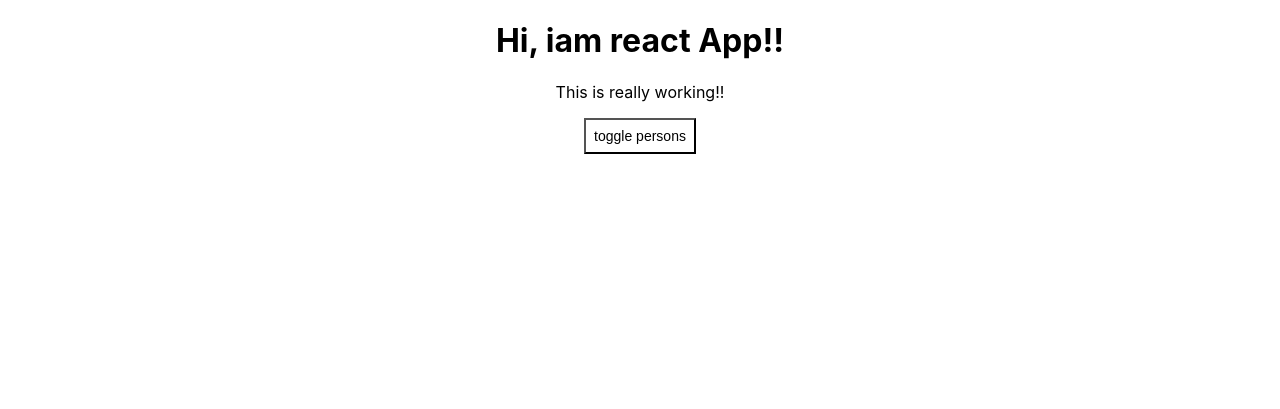
Repository: RohitMalik2/Rohit_react
Page: /, after clicking the first element matching `button`
An editor plug-in stored every save of this project. The page is shown before and after the next save, followed by the edit.
The browser window is 1280 px wide. The pictures show the whole page.
The project was rebuilt for these pictures with package versions that can differ from the ones it lists, and the page was loaded fresh each time.

Above is the page before, as saved 2019-11-21 22:02:27.

### src/App.js
import React, { Component } from 'react';
import logo from './logo.svg';
import './App.css';
import Person from './Person/Person'

class App extends Component {

  state = {
    persons: [
      { name: 'Max', age: 28 },
      { name: 'Max2', age: 29 },
      { name: 'mAX3', age: 30 }
    ],
    otherState: 'some other state',
    showPersons: false
  }
/*
  switchNameHandler = (newName) => {
    // Don't do this: this.state.persons[0].name = 'Maximilian'
    this.setState({
      persons: [
        { name: newName, age: 35 },
        { name: 'Max2', age: 29 },
        { name: 'mAX3', age: 30 }
      ],
      otherState: 'some other state'
    });
  }

  nameChangeHandler = (event) => {
    this.setState({
      persons: [
        { name: 'Yash', age: 13 },
        { name: event.target.value, age: 13 },
        { name: 'Yash', age: 13 }
      ]
    })
  } */

  deletePersonHandler = (index) => {
    const persons = this.state.persons;
    persons.splice(index, 1);
    this.setState({persons: persons});
  }

  togglePersonsHandler = () => {
    const currentState = this.state.showPersons;
    this.setState({ showPersons: !currentState });
  }
  render() {
    const style = {
      fontSize: '14px',
      backgroundColor: 'White',
      border: '1px soild blue',
      padding: '8px'
    };

    let persons = null;
    if (this.state.showPersons) {
      persons = (
        <div>
          {/* iterating through a list of items */}
          {this.state.persons.map((person, index) => {
            return <Person name={person.name} click={this.deletePersonHandler(index)} age={person.age} />;
          })}

          {/*  <Person
            name={this.state.persons[0].name}
            age={this.state.persons[0].age} />
          <Person
            name={this.state.persons[1].name}
            age={this.state.persons[1].age} />
          <Person
            name={this.state.persons[2].name}
            age={this.state.persons[2].age} /> */}
        </div>
      );
    }
    return (
      <div className="App">
        <h1>Hi, iam react App!!</h1>
        <p>This is really working!!</p>
        <button style={style} onClick={this.togglePersonsHandler}>toggle persons</button>
        {persons}
      </div>
    );
  };

}

export default App;

### src/Person/Person.js
import React from 'react';

const Person = (props) =>{
    return (
       <div>
            <p>Person: name - {props.name}</p>
            <p>Person: age - {props.age}</p>

       </div>
    );
};

export default Person;

Loaded but not shown: public/index.html (common file); src/index.js (common file); src/index.css (common file); src/serviceWorker.js (common file); src/App.css (common file)

After the next save:
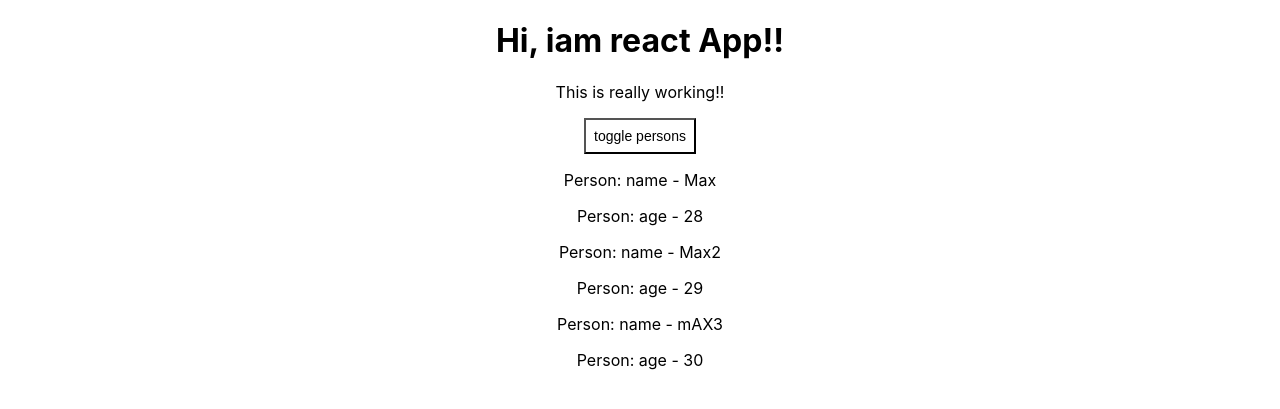
Saved 2 min 20 s later.
--- a/src/App.js
+++ b/src/App.js
@@ -61,7 +61,7 @@ class App extends Component {
         <div>
           {/* iterating through a list of items */}
           {this.state.persons.map((person, index) => {
-            return <Person name={person.name} click={this.deletePersonHandler(index)} age={person.age} />;
+            return <Person name={person.name} click={() => this.deletePersonHandler(index)} age={person.age} />;
           })}
 
           {/*  <Person
